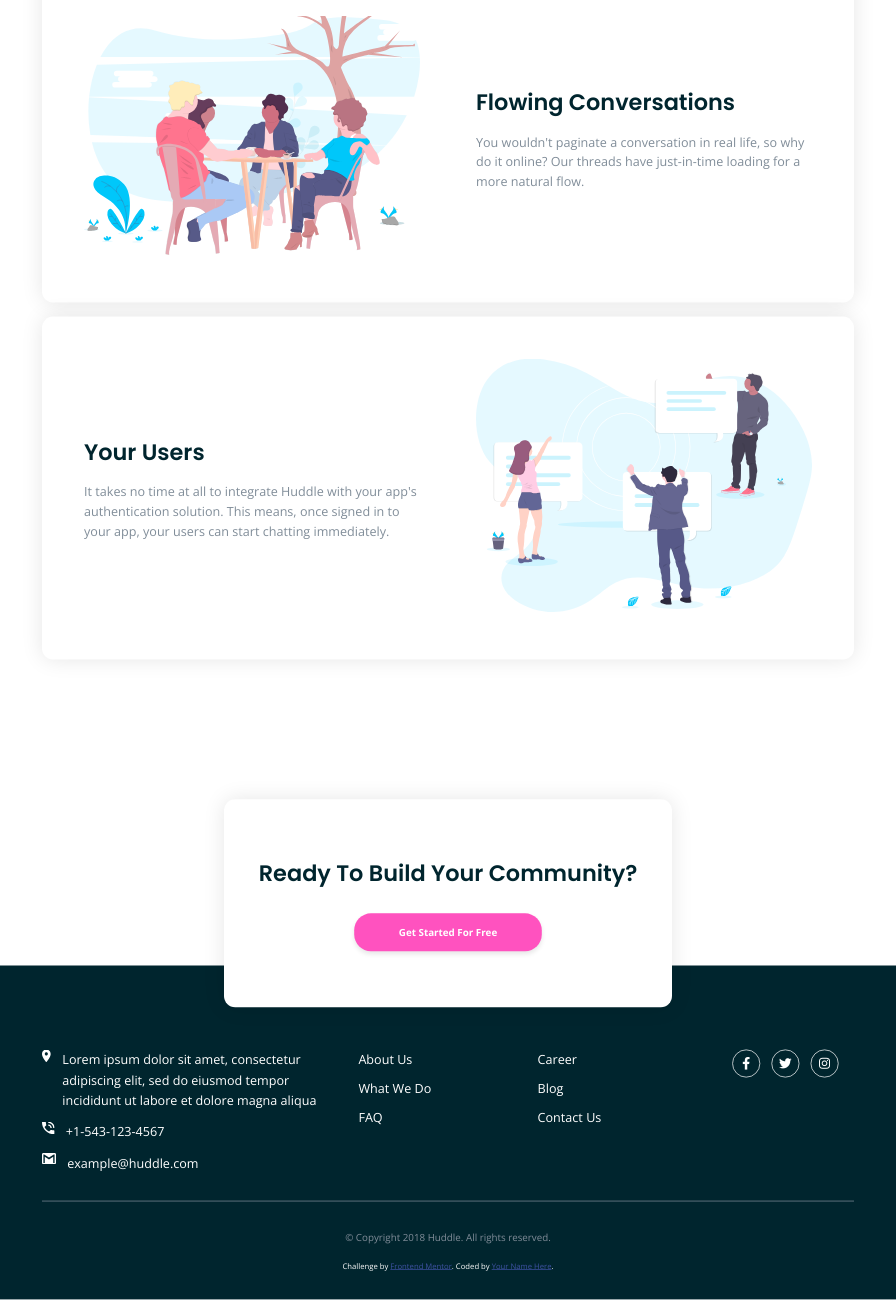
Repository: blordeus/huddle-landing-page
Page: index.html
The author's editor kept a copy of each file at every save. The page is drawn from the files as they stood at one save, then again after a run of saves.
The browser window is 1280 px wide. The pictures show the part of the page from y = 1385 to 3305 px (the page is 3242 px tall before and 3305 px after), at 70% of full size.

Above is the page before, as saved 2025-07-01 11:21:11.

### index.html
<!DOCTYPE html>
<html lang="en">
<head>
  <meta charset="UTF-8">
  <meta name="viewport" content="width=device-width, initial-scale=1.0">
  <link rel="icon" type="image/png" sizes="32x32" href="./images/favicon-32x32.png">
  <title>Frontend Mentor | Huddle landing page with alternating feature blocks</title>

  <!-- Google Fonts -->
  <link rel="preconnect" href="https://fonts.googleapis.com">
  <link rel="preconnect" href="https://fonts.gstatic.com" crossorigin>
  <link href="https://fonts.googleapis.com/css2?family=Poppins:wght@600&family=Open+Sans:wght@400;700&display=swap" rel="stylesheet">
  <link rel="stylesheet" type="text/css" href="styles.css" />

  <!-- Font Awesome for social icons -->
  <link rel="stylesheet" href="https://cdnjs.cloudflare.com/ajax/libs/font-awesome/6.0.0/css/all.min.css">
</head>

<body>
  <!-- Header -->
  <header class="header">
    <div class="container">
      <div class="header-content">
        <img src="./images/logo.svg" alt="Logo">
        <a href="#" class="btn btn-outline">Try It Free</a>
      </div>
    </div>
  </header>

  <!-- Hero Section -->
  <section class="hero">
    <div class="container">
      <div class="hero-content">
        <div class="hero-text">
          <h1>Build The Community Your Fans Will Love</h1>
          <p>Huddle re-imagines the way we build communities. You have a voice, but so does your audience. Create connections with your users as you engage in genuine discussion.</p>
          <a href="#" class="btn">Get Started For Free</a>
        </div>
        <div class="hero-image">
          <img src="./images/illustration-mockups.svg" alt="Desktop and mobile chat interface showing community conversations">
        </div>
      </div>
    </div>
  </section>

  <!-- Features Section -->
  <section class="features">
    <div class="container">
      <div class="feature">
        <div class="feature-content">
          <h2>Grow Together</h2>
          <p>Generate meaningful discussions with your audience and build a strong, loyal community. Think of the insightful conversations you miss out on with a feedback form.</p>
        </div>
        <div class="feature-image">
          <img src="./images/illustration-grow-together.svg" alt="Illustration of people having meaningful conversations and building community">
        </div>
      </div>

      <div class="feature">
        <div class="feature-content">
          <h2>Flowing Conversations</h2>
          <p>You wouldn't paginate a conversation in real life, so why do it online? Our threads have just-in-time loading for a more natural flow.</p>
        </div>
        <div class="feature-image">
          <img src="./images/illustration-flowing-conversation.svg" alt="Illustration of natural flowing conversation interface with seamless chat threads">
        </div>
      </div>

      <div class="feature">
        <div class="feature-content">
          <h2>Your Users</h2>
          <p>It takes no time at all to integrate Huddle with your app's authentication solution. This means, once signed in to your app, your users can start chatting immediately.</p>
        </div>
        <div class="feature-image">
          <img src="./images/illustration-your-users.svg" alt="Illustration showing easy user authentication and immediate chat access">
        </div>
      </div>
    </div>
  </section>

  <!-- Call to Action -->
  <section class="cta">
    <div class="container">
      <h2>Ready To Build Your Community?</h2>
      <a href="#" class="btn">Get Started For Free</a>
    </div>
  </section>

  <!-- Footer -->
  <footer class="footer">
    <div class="container">
      <div class="footer-content">

        <div class="footer-info">
          <div class="contact-info">
            <div class="contact-item">
              <img src="./images/icon-location.svg" alt="">
              <p>Lorem ipsum dolor sit amet, consectetur adipiscing elit, sed do eiusmod tempor incididunt ut labore et dolore magna aliqua</p>
            </div>
            <div class="contact-item">
              <img src="./images/icon-phone.svg" alt="">
              <p>+1-543-123-4567</p>
            </div>
            <div class="contact-item">
              <img src="./images/icon-email.svg" alt="">
              <p>example@huddle.com</p>
            </div>
          </div>
        </div>

        <div class="footer-links">
          <a href="#">About Us</a>
          <a href="#">What We Do</a>
          <a href="#">FAQ</a>
        </div>

        <div class="footer-links">
          <a href="#">Career</a>
          <a href="#">Blog</a>
          <a href="#">Contact Us</a>
        </div>

        <div class="social-icons">
          <a href="#" class="social-icon" aria-label="Facebook">
            <i class="fab fa-facebook-f"></i>
          </a>
          <a href="#" class="social-icon" aria-label="Twitter">
            <i class="fab fa-twitter"></i>
          </a>
          <a href="#" class="social-icon" aria-label="Instagram">
            <i class="fab fa-instagram"></i>
          </a>
        </div>
      </div>

      <div class="copyright">
        <p>&copy; Copyright 2018 Huddle. All rights reserved.</p>
      </div>
    </div>

    <p class="attribution">
      Challenge by <a href="https://www.frontendmentor.io?ref=challenge" target="_blank">Frontend Mentor</a>.
      Coded by <a href="#">Your Name Here</a>.
    </p>
  </footer>
</body>
</html>

### styles.css
    * {
      margin: 0;
      padding: 0;
      box-sizing: border-box;
    }

    body {
      font-family: 'Open Sans', sans-serif;
      font-size: 18px;
      line-height: 1.6;
      color: hsl(192, 100%, 9%);
    }

    .container {
      max-width: 1200px;
      margin: 0 auto;
      padding: 0 20px;
    }

    /* Header */
    .header {
      background: hsl(193, 100%, 96%);
      padding: 24px 0;
    }

    .header-content {
      display: flex;
      justify-content: space-between;
      align-items: center;
    }

    .header-content img {
      height: 40px;
    }

    .btn {
      background: hsl(322, 100%, 66%);
      color: white;
      border: none;
      padding: 12px 48px;
      border-radius: 24px;
      font-family: 'Open Sans', sans-serif;
      font-weight: 700;
      font-size: 14px;
      cursor: pointer;
      text-decoration: none;
      display: inline-block;
      transition: opacity 0.3s ease;
      box-shadow: 0 4px 8px rgba(0, 0, 0, 0.1);
    }

    .btn:hover {
      opacity: 0.8;
    }

    .btn-outline {
      background: white;
      box-shadow: 0 4px 8px rgba(0, 0, 0, 0.1);
      color: #00252E;
    }

    .btn-outline:hover {
      color: #808E9A;
    }

    /* Hero Section */
    .hero {
      background: hsl(199, 100%, 96%);
      background-image: url('./images/bg-hero.svg');
      background-size: cover;
      background-position: center;
      padding: 80px 0 120px;
    }

    .hero-content {
      display: grid;
      grid-template-columns: 1fr 1fr;
      gap: 80px;
      align-items: center;
    }

    .hero-text h1 {
      font-family: 'Poppins', sans-serif;
      font-weight: 600;
      font-size: 48px;
      line-height: 1.2;
      margin-bottom: 24px;
      color: hsl(192, 100%, 9%);
    }

    .hero-text p {
      font-size: 18px;
      color: hsl(192, 100%, 9%);
      margin-bottom: 32px;
      line-height: 1.6;
    }

    .hero-image {
      text-align: center;
    }

    .hero-image img {
      max-width: 100%;
      height: auto;
    }

    /* Features Section */
    .features {
      padding: 120px 0;
    }

    .feature {
      display: grid;
      grid-template-columns: 1fr 1fr;
      gap: 80px;
      align-items: center;
      margin-bottom: 20px;
      background: white;
      padding: 60px;
      border-radius: 16px;
      box-shadow: 0 0 30px rgba(0, 0, 0, 0.1);
    }

    .feature:nth-child(even) .feature-content {
      order: 2;
    }

    .feature:nth-child(even) .feature-image {
      order: 1;
    }

    .feature h2 {
      font-family: 'Poppins', sans-serif;
      font-weight: 600;
      font-size: 32px;
      margin-bottom: 16px;
      color: hsl(192, 100%, 9%);
    }

    .feature p {
      color: hsl(208, 11%, 55%);
      line-height: 1.6;
    }

    .feature-image {
      text-align: center;
    }

    .feature-image img {
      max-width: 100%;
      height: auto;
    }

    /* Call to Action */
    .cta {
      text-align: center;
      padding: 80px 0;
      background: white;
      width: 50%;
      margin: 0 auto;
      box-sizing: border-box;
      border-radius: 16px;
      box-shadow: 0 0 30px rgba(0, 0, 0, 0.1);
      position: relative;
      z-index: 2;
      transform: translateY(20%);
    }

    .cta a {
      background: hsl(322, 100%, 66%);
      color: white;
      padding: 16px 64px;
      border-radius: 24px;
      font-family: 'Open Sans', sans-serif;
      font-weight: 700;
      font-size: 14px;
      cursor: pointer;
      text-decoration: none;
      display: inline-block;
      transition: opacity 0.3s ease;
      box-shadow: 0 4px 8px rgba(0, 0, 0, 0.1);

    }

    .cta h2 {
      font-family: 'Poppins', sans-serif;
      font-weight: 600;
      font-size: 32px;
      margin-bottom: 32px;
      color: hsl(192, 100%, 9%);
    }

    /* Footer */
    .footer {
      background: hsl(192, 100%, 9%);
      color: white;
      padding: 120px 0 40px;
    }

    .footer-content {
      display: grid;
      grid-template-columns: 2fr 1fr 1fr 1fr;
      gap: 60px;
      margin-bottom: 40px;
    }

    .footer-logo {
      display: flex;
      align-items: center;
      gap: 8px;
      font-family: 'Poppins', sans-serif;
      font-weight: 600;
      font-size: 24px;
      color: white;
      text-decoration: none;
      margin-bottom: 24px;
    }

    .footer-logo .logo-icon {
      background: white;
      color: hsl(322, 100%, 66%);
    }

    .contact-info {
      display: flex;
      flex-direction: column;
      gap: 16px;
    }

    .contact-item {
      display: flex;
      align-items: flex-start;
      gap: 16px;
    }

    .contact-item i {
      margin-top: 4px;
      width: 16px;
    }

    .footer-links {
      display: flex;
      flex-direction: column;
      gap: 12px;
    }

    .footer-links a {
      color: white;
      text-decoration: none;
      transition: color 0.3s ease;
    }

    .footer-links a:hover {
      color: hsl(322, 100%, 66%);
    }

    .social-icons {
      display: flex;
      gap: 16px;
      justify-content: center;
    }

    .social-icon {
      width: 40px;
      height: 40px;
      border: 1px solid white;
      border-radius: 50%;
      display: flex;
      align-items: center;
      justify-content: center;
      color: white;
      text-decoration: none;
      transition: all 0.3s ease;
    }

    .social-icon:hover {
      color: hsl(322, 100%, 66%);
      border-color: hsl(322, 100%, 66%);
    }

    .copyright {
      text-align: center;
      font-size: 14px;
      color: hsl(208, 11%, 55%);
      padding-top: 40px;
      border-top: 1px solid hsl(208, 11%, 55%);
    }

    .attribution {
      font-size: 11px;
      text-align: center;
      margin-top: 20px;
    }

    .attribution a {
      color: hsl(228, 45%, 44%);
    }

    /* Responsive Design */
    @media (max-width: 768px) {
      .container {
        padding: 0 16px;
      }

      .hero {
        background-image: url('./images/bg-hero.svg');
      }

      .header-content {
        flex-direction: column;
        gap: 20px;
      }

      .hero-content {
        grid-template-columns: 1fr;
        gap: 40px;
        text-align: center;
      }

      .hero-text h1 {
        font-size: 32px;
      }

      .feature {
        grid-template-columns: 1fr;
        gap: 40px;
        padding: 40px 20px;
        text-align: center;
      }

      .feature:nth-child(even) .feature-content,
      .feature:nth-child(even) .feature-image {
        order: unset;
      }

      .footer-content {
        grid-template-columns: 1fr;
        gap: 40px;
        text-align: center;
      }

      .social-icons {
        justify-content: center;
      }

      .cta {
        margin: 0 16px;
        padding: 40px 20px;
      }

      .cta h2 {
        font-size: 24px;
      }
    }

After the next 3 saves:
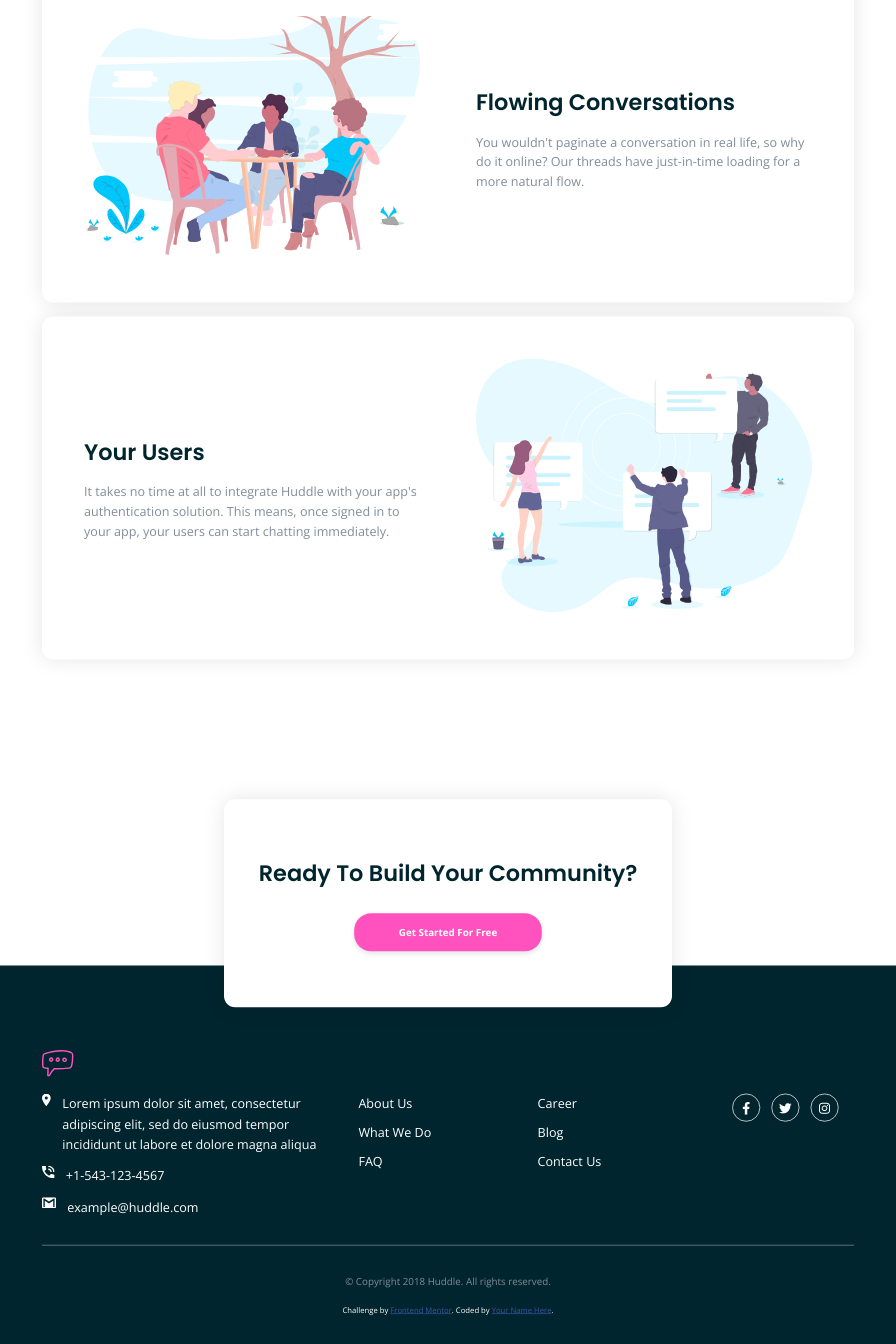
The 3 saves are shown as one change because they came seconds apart.
The last was saved 14 s later.
--- a/index.html
+++ b/index.html
@@ -89,8 +89,10 @@
   <!-- Footer -->
   <footer class="footer">
     <div class="container">
+      <a href="#" class="footer-logo">
+            <img src="./images/logo.svg" alt="">
+          </a>
       <div class="footer-content">
-
         <div class="footer-info">
           <div class="contact-info">
             <div class="contact-item">
